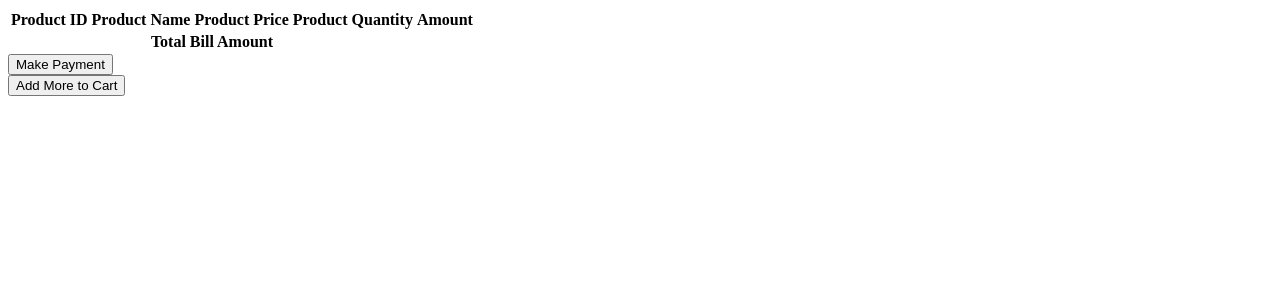
Repository: devgpta19/CDAC-Assignments
Page: http://localhost/ProductsAndUsersUsingJSPAndServlet/cart.jsp
These files come from the project's save history. The page is drawn as it stood at one moment and after the next save; the edit follows.
The browser window is 1280 px wide. The pictures show the whole page.
The page is served by Tomcat 9. Other server files are loaded and not shown.

Above is the page before, as saved 2025-11-27 05:48:30.

### Adv.Java/Day6-8/ProductsAndUsersUsingJSPAndServlet/src/main/webapp/cart.jsp
<%@ page language="java" contentType="text/html; charset=ISO-8859-1"
	pageEncoding="ISO-8859-1"%>
<%@taglib prefix="c" uri="http://java.sun.com/jsp/jstl/core"%>

<!DOCTYPE html>
<html>
<head>
<meta charset="ISO-8859-1">
<title>Insert title here</title>
</head>
<body>
	<%
	double tamt = 0;
	%>
	<form action="makePayment.jsp">
		<table>
			<tr>
				<th>Product ID</th>
				<th>Product Name</th>
				<th>Product Price</th>
				<th>Product Quantity</th>
				<th>Amount</th>
			</tr>
			<c:forEach var="set" items="${ResultSet}">
				<tr>
					<c:set var="amt" value="${set.qty}*${set.price}"></c:set>
					<c:set var="tamt" value="${tamt}+${amt}"></c:set>
					<td>${set.pid}</td>
					<td>${set.pname}</td>
					<td>${set.price}</td>
					<td>${set.qty}</td>
					<td>${amt}</td>
				</tr>
			</c:forEach>
			<tr>
			<th colspan='4'>Total Bill Amount</th>
			<th>${tamt}</th>
			</tr>
		</table>

		<button type="submit" name="btn" id="btn" >Make Payment</button>
	</form>

	<form action="Category">
	<button type="submit" name >Add More to Cart</button>
	</form>
</body>
</html>

After the next save:
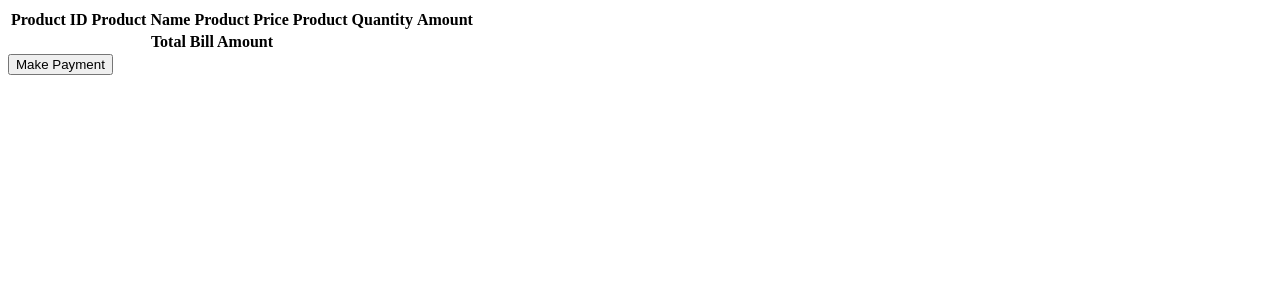
Saved 2 s later.
--- a/Adv.Java/Day6-8/ProductsAndUsersUsingJSPAndServlet/src/main/webapp/cart.jsp
+++ b/Adv.Java/Day6-8/ProductsAndUsersUsingJSPAndServlet/src/main/webapp/cart.jsp
@@ -42,7 +42,7 @@
 	</form>
 
 	<form action="Category">
-	<button type="submit" name >Add More to Cart</button>
+	<button type="submit" name=" >Add More to Cart</button>
 	</form>
 </body>
 </html>

After the save that followed:
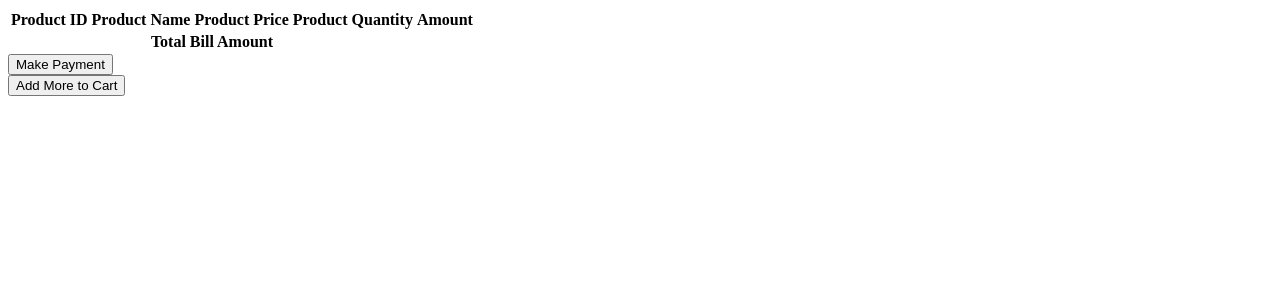
Saved 2 s later.
--- a/Adv.Java/Day6-8/ProductsAndUsersUsingJSPAndServlet/src/main/webapp/cart.jsp
+++ b/Adv.Java/Day6-8/ProductsAndUsersUsingJSPAndServlet/src/main/webapp/cart.jsp
@@ -42,7 +42,7 @@
 	</form>
 
 	<form action="Category">
-	<button type="submit" name=" >Add More to Cart</button>
+	<button type="submit" name="" >Add More to Cart</button>
 	</form>
 </body>
 </html>
